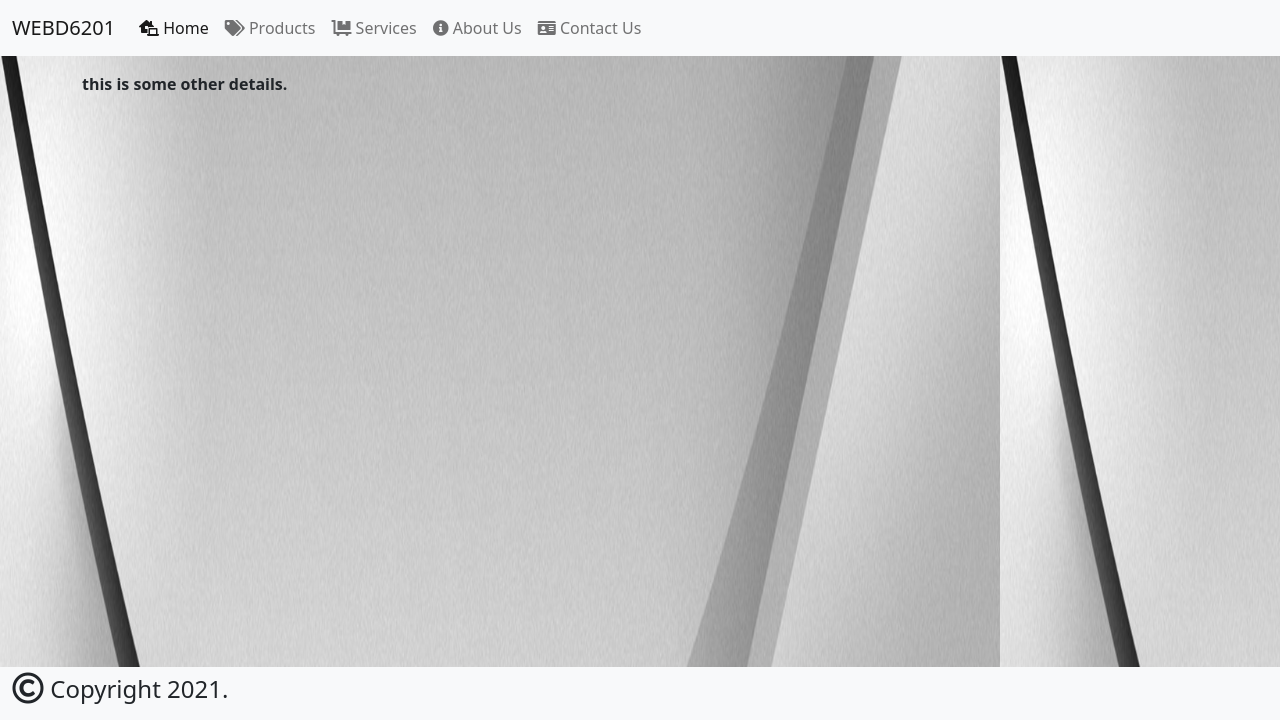
Repository: MuzhdaEhsan/WEBD6201-W2021-Lab1
Page: index.html
The author's editor kept a copy of each file at every save. The page is drawn from the files as they stood at one save, then again after the next save.
The browser window is 1280 px wide. The pictures show the whole page.

Above is the page before, as saved 2021-02-05 20:51:41.

After the next save:
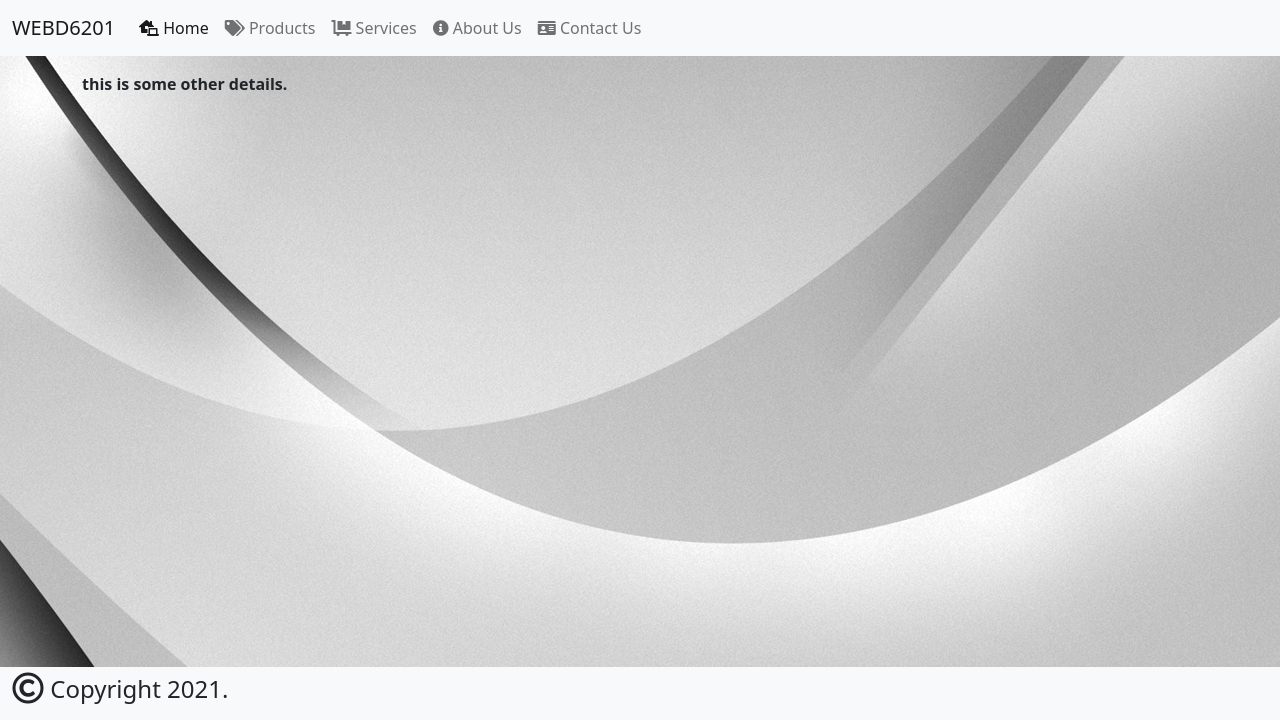
Saved 25 s later.
--- a/Scripts/app.js
+++ b/Scripts/app.js
@@ -31,11 +31,11 @@
 {
     function displayHome()
     {
-      let imageSize = "1000px 3000px";
+      ///let imageSize = "1000px 3000px";
       let imageUrl2 = `url('./grayImage.png')`;
       //document.body.style.backgroundImage = "url('./download.jpg')";
       let bodyImage = document.body.style;
-      bodyImage.backgroundSize = imageSize;
+      //bodyImage.backgroundSize = imageSize;
       bodyImage.backgroundImage = imageUrl2;
         //let paragraphOneText =
          // "This is a simple site to demonstrate DOM Manipulation for ICE 1";

After the save that followed:
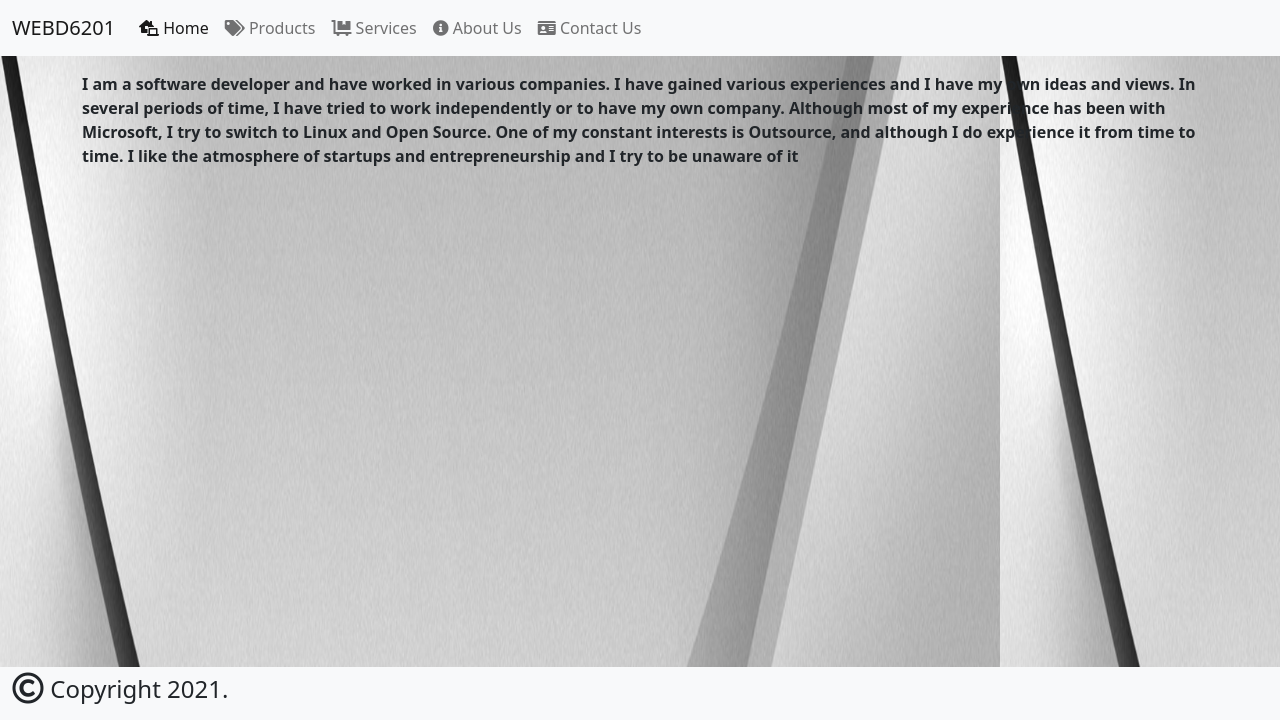
Saved 5 min 48 s later.
--- a/Scripts/app.js
+++ b/Scripts/app.js
@@ -31,11 +31,11 @@
 {
     function displayHome()
     {
-      ///let imageSize = "1000px 3000px";
+      let imageSize = "1000px 3000px";
       let imageUrl2 = `url('./grayImage.png')`;
       //document.body.style.backgroundImage = "url('./download.jpg')";
       let bodyImage = document.body.style;
-      //bodyImage.backgroundSize = imageSize;
+      bodyImage.backgroundSize = imageSize;
       bodyImage.backgroundImage = imageUrl2;
         //let paragraphOneText =
          // "This is a simple site to demonstrate DOM Manipulation for ICE 1";
@@ -79,7 +79,11 @@
 
         // paragraph details
         let paragraphMain = document.createElement("div");
-        let paragraphIndex = `<p id="mainParagraph" class="fs-7 fw-bold">this is some other details.</p>`;
+        let paragraphIndex = `<p id="mainParagraph" class="fs-7 fw-bold">I am a software developer and have worked in various companies.
+        I have gained various experiences and I have my own ideas and views. In several periods of time, I have tried to work independently
+        or to have my own company. Although most of my experience has been with Microsoft, I try to switch to Linux and Open Source.
+        One of my constant interests is Outsource, and although I do experience it from time to time.
+        I like the atmosphere of startups and entrepreneurship and I try to be unaware of it</p>`;
         paragraphMain.innerHTML = paragraphIndex;
 
         newParagraph.before(paragraphMain);
